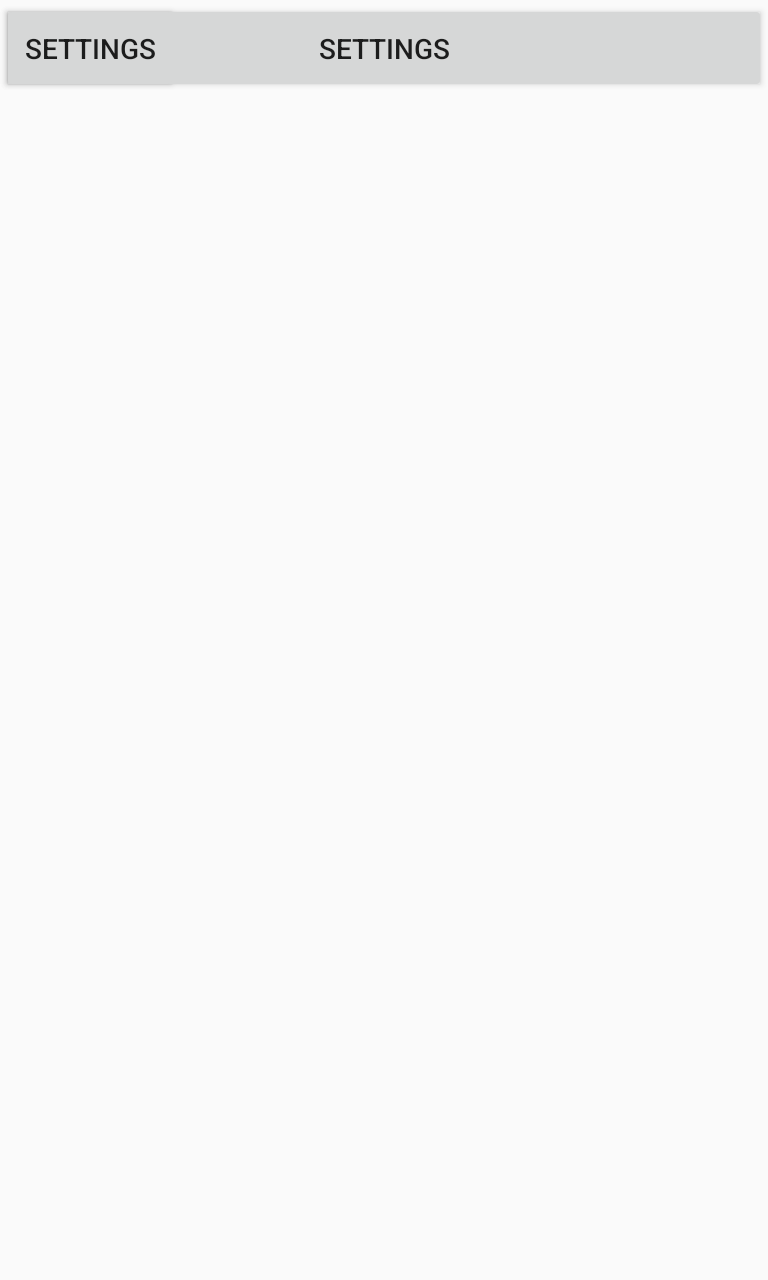
Repository: Smahane/Android_CST407
Layout: HomeWork/res/layout/activity_main.xml
An editor plug-in stored every save of this project. The layout is shown before and after the next save, followed by the edit.
It is drawn on a 768 x 1280 px phone screen (xhdpi) without system bars, with theme AppTheme; the app's code is not run.

Above is the layout before, as saved 2014-07-14 21:52:27.

### HomeWork/res/layout/activity_main.xml
<FrameLayout xmlns:android="http://schemas.android.com/apk/res/android"
    xmlns:tools="http://schemas.android.com/tools"
    android:id="@+id/container"
    android:layout_width="match_parent"
    android:layout_height="match_parent"
    tools:context="com.cst.homework.MainActivity"
    tools:ignore="MergeRootFrame" >

    <Button
        android:id="@+id/button1"
        android:layout_width="match_parent"
        android:layout_height="wrap_content"
        android:text="@string/action_settings" />

    <Button
        android:id="@+id/button2"
        android:layout_width="wrap_content"
        android:layout_height="wrap_content"
        android:text="@string/action_settings" />

</FrameLayout>

### HomeWork/res/values/strings.xml
<?xml version="1.0" encoding="utf-8"?>
<resources>

    <string name="app_name">HomeWork</string>
    <string name="hello_world">Hello world!</string>
    <string name="action_settings">Settings</string>

</resources>

Loaded but not shown: HomeWork/res/values/styles.xml (common file); HomeWork/res/values-v11/styles.xml (common file); HomeWork/res/values-v14/styles.xml (common file)

After the next save:
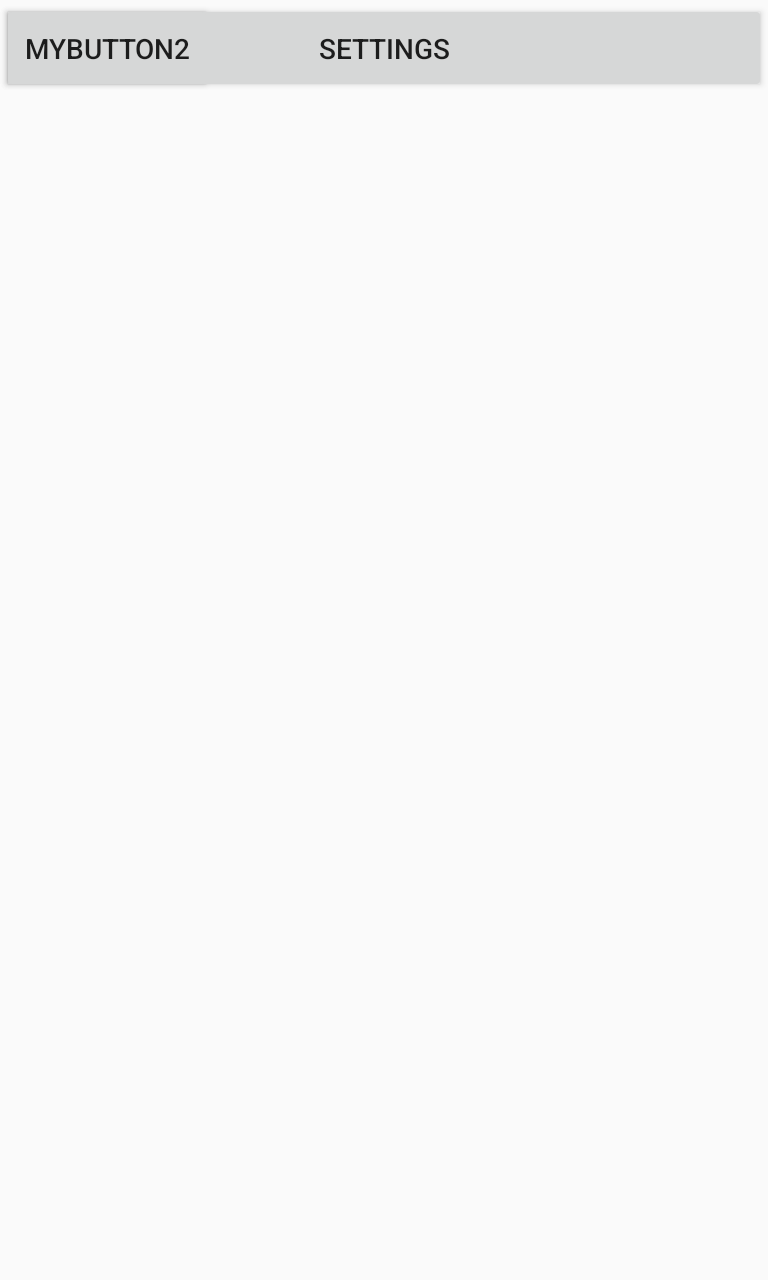
Saved 64 min 24 s later.
--- a/HomeWork/res/layout/activity_main.xml
+++ b/HomeWork/res/layout/activity_main.xml
@@ -16,6 +16,6 @@
         android:id="@+id/button2"
         android:layout_width="wrap_content"
         android:layout_height="wrap_content"
-        android:text="@string/action_settings" />
+        android:text="MyButton2" />
 
 </FrameLayout>
